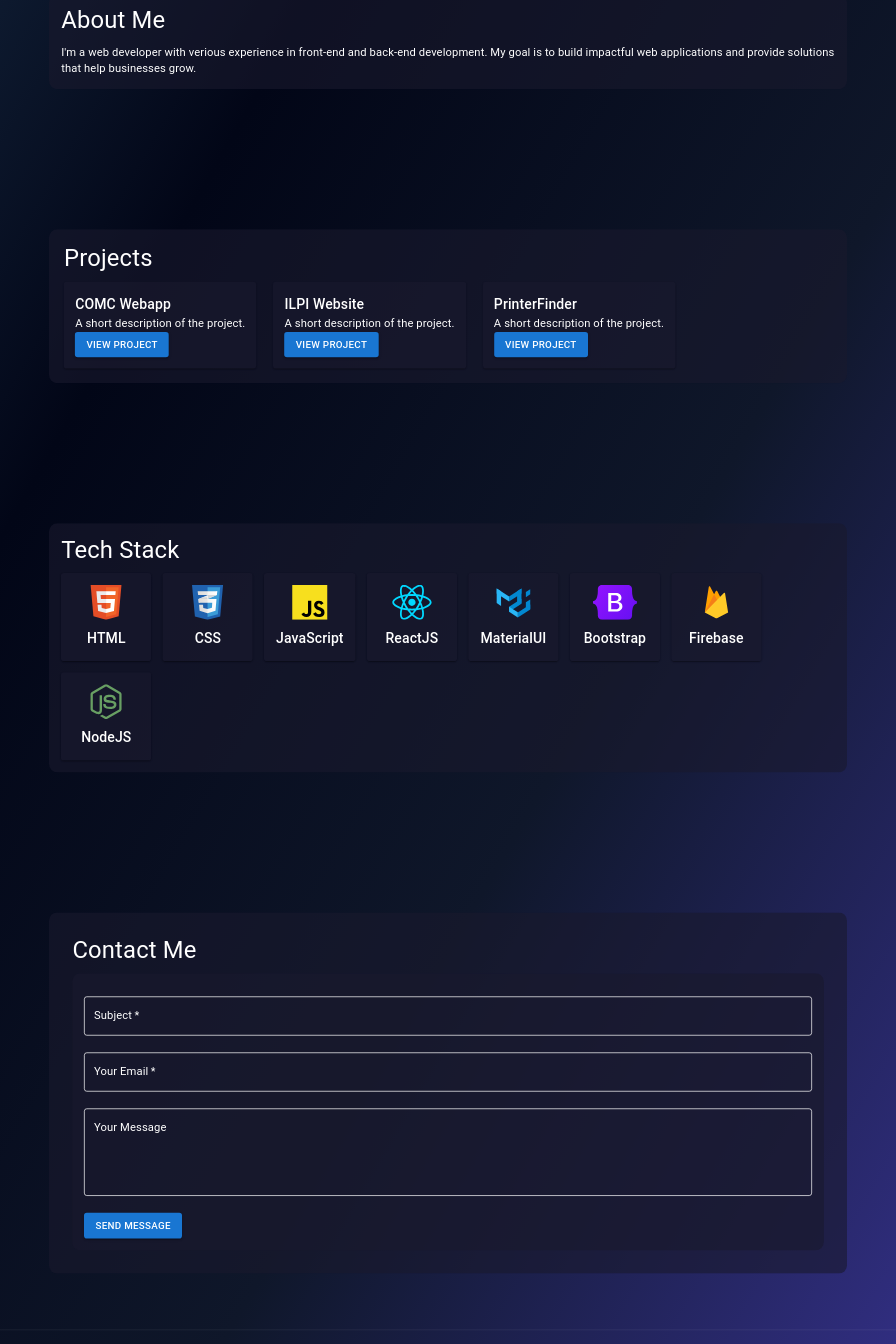
Repository: mikeshadowcoder/myWeb
Page: /
The author's editor kept a copy of each file at every save. The page is drawn from the files as they stood at one save, then again after the next save.
The browser window is 1280 px wide. The pictures show the part of the page from y = 929 to 2849 px (the page is 2881 px tall), at 70% of full size.
The project was rebuilt for these pictures with package versions that can differ from the ones it lists, and the page was loaded fresh each time.

Above is the page before, as saved 2026-02-10 15:20:14.

### src/index.js
import React from 'react';
import ReactDOM from 'react-dom/client';
import './index.css';
import App from './App';
import 'bootstrap/dist/css/bootstrap.min.css';
import "./styles/global.css";

const root = ReactDOM.createRoot(document.getElementById('root'));
root.render(
  <React.StrictMode>
    <App />
  </React.StrictMode>
);

### src/App.js
import React, {useRef} from 'react';
//import { BrowserRouter as Router, Route, Routes } from 'react-router-dom';
import Header from './components/Header';
import Home from './components/Home';
import AboutMe from './components/AboutMe';
import Content from './components/Content';
import Skills from './components/Skills';
import Contact from './components/Contact';
import Footer from './components/Footer';
import Box from '@mui/material/Box';
import BackgroundShapes from './components/BackgroundShapes'


const App = () => {
  const homeRef = useRef(null);
  const aboutRef = useRef(null);
  const contentRef = useRef(null);
  const skillsRef = useRef(null);
  const contactRef = useRef(null);

  // Function to handle smooth scrolling
  const scrollToSection = (ref) => {
    const headerOffset = 200; // Adjust based on your AppBar height (default MUI AppBar is ~64px)
    const elementPosition = ref.current.getBoundingClientRect().top + window.scrollY;
    const offsetPosition = elementPosition - headerOffset;

    window.scrollTo({
      top: offsetPosition,
      behavior: "smooth",
    });
  };


  return (
    <div>
      {/* Pass the scroll function to Header for navigation */}
      <BackgroundShapes/>
      <Header
        onScrollToSection={{
          home: () => scrollToSection(homeRef),
          about: () => scrollToSection(aboutRef),
          content: () => scrollToSection(contentRef),
          skills: () => scrollToSection(skillsRef),
          contact: () => scrollToSection(contactRef),
        }}
      />
      <Box sx={{
        maxWidth: "89%",
        margin: "auto",
        // border: "2px solid red"
      }}>
       {/* Sections with attached refs */}
      <section ref={homeRef}>
        <Home />
      </section>

       <section ref={aboutRef}>
        <AboutMe />
      </section>

      <section ref={contentRef}>
        <Content />
      </section>

      <section ref={skillsRef}>
        <Skills />
      </section>

      <section ref={contactRef}>
        <Contact />
      </section>
      </Box>
      <section>
        <Footer/>
      </section>
    </div>
  );
};

export default App;

### src/styles/global.css
body {
    min-height: 100vh;
    background:
      linear-gradient(120deg, #1b314b, #020617,  #0f172a, #312e81);
    background-size: 100% 100%;
    color: white;
    margin: 0;
    padding: 0;
    font-family: 'Arial', sans-serif;
  }


.gradient-text {
  background: linear-gradient(90deg, rgb(50, 182, 230), rgb(138, 43, 226)); /* Customize here */
  -webkit-background-clip: text;
  background-clip: text;
  -webkit-text-fill-color: transparent;
  color: transparent;
}

### src/components/Header.js
import React from 'react';
import { AppBar, Toolbar, Typography, Button } from '@mui/material';
import "../styles/header.css";
//import { Link } from 'react-router-dom';

const Header = ({onScrollToSection}) => {
  return (
    <AppBar className="header">
      <Toolbar>
        <Typography variant="h6" sx={{flexGrow:1}}>
          Christian Rex
        </Typography>
        <Button color="inherit" onClick={onScrollToSection.home}>Home</Button>
        <Button color="inherit" onClick={onScrollToSection.about}>About</Button>
        <Button color="inherit" onClick={onScrollToSection.content}>Projects</Button>
        <Button color="inherit" onClick={onScrollToSection.skills}>Skills</Button>
        <Button color="inherit" onClick={onScrollToSection.contact}>Contact</Button>
      </Toolbar>
    </AppBar>
  )
};

export default Header;

### src/components/Home.js
import React from "react";
import { Box, Typography, Button } from "@mui/material";
import LinkedInIcon from "@mui/icons-material/LinkedIn";
import GitHubIcon from "@mui/icons-material/GitHub";
// import FacebookIcon from "@mui/icons-material/Facebook";
import profilePic from "../assets/images/profilePic.jpg";

const Home = () => {
  return (
    <Box
      sx={{
        display: "flex",
        alignItems: "center",
        justifyContent: "center",
        minHeight: "100vh",
        color: "white",
        width: "100%",
        textAlign: "center",
      }}
    >
      <Box
        sx={{
          display: "flex",
          alignItems: "center",
          gap: "20px", // Space between image and text
          flexWrap: "wrap", // Ensures responsiveness
        }}
      >
      {/* Profile Image */}
      <Box
        component="img"
        src={profilePic} //Profile Picture
        alt="Profile"
        sx={{
          width: "200px",
          height: "200px",
          borderRadius: "15px",
          boxShadow: "0 0 20px rgba(0, 123, 255, 0.5)",
          marginBottom: "20px",
          objectFit: "cover"
        }}
      />

      {/* Text Section */}
      <Box sx={{ textAlign: "left"}}>
        <Typography variant="h2">
          My name's {" "}
          <Typography variant="h2" component="span" className="gradient-text" sx={{ fontWeight: "bold" }}>Christian Rex Omongos</Typography>
        </Typography>

        <Typography variant="h6" sx={{ marginBottom: "10px", opacity: 0.8 }}>
          Web Developer
        </Typography>

        {/* Social Media Icons */}
        <Box sx={{ display: "flex",}}>
          <Button href="https://linkedin.com/in/christianrex/" target="_blank" sx={{ color: "white", minWidth: 0, padding: 0 }}>
            <LinkedInIcon fontSize="large" />
          </Button>
          <Button href="https://github.com/mikeshadowcoder" target="_blank" sx={{ color: "white", minWidth: 0, padding: 0 }}>
            <GitHubIcon fontSize="large" />
          </Button>
        </Box>
      </Box>
    </Box>
  </Box>
  );
};

export default Home;

### src/components/AboutMe.js
import React from 'react';
import { Typography, Box } from '@mui/material';
import "../styles/boxStyling.css"

const AboutMe = () => {

  return (
    <Box sx={{ mt: 25, mb: 25, width: "100%" }}>
      <Box className="box-container">
        <Typography variant="h4" gutterBottom>About Me</Typography>
          <Typography>
            I'm a web developer with verious experience in front-end and back-end development.
            My goal is to build impactful web applications and provide solutions that
            help businesses grow.
          </Typography>
      </Box>
    </Box>
  );
};

export default AboutMe;

### src/components/Content.js
import React from 'react';
import { Grid2, Paper, Typography, Button, Box } from '@mui/material';
// import MacWindowHeader from './UI/MacWindowHeader';
import "../styles/boxStyling.css";

const Content = () => {
  const projects = [
    {
      title: 'COMC Webapp',
      description: 'A short description of the project.',
      link: 'https://github.com/your-repo/project-one',
    },
    {
      title: 'ILPI Website',
      description: 'A short description of the project.',
      link: 'https://github.com/your-repo/project-two',
    },
    {
      title: 'PrinterFinder',
      description: 'A short description of the project.',
      link: 'https://github.com/your-repo/project-three',
    },
    // Add more projects here
  ];

  return (
  <Box>
    {/* <MacWindowHeader/> */}
    <Box className='box-container' sx={{ padding: "20px"}}>

        <Typography variant="h4" gutterBottom>Projects</Typography>
        <Grid2 container spacing={3}>
          {projects.map((project, index) => (
            <Grid2 item xs={12} sm={6} key={index}>
              <Paper className='container' sx={{ padding: 2, bgcolor: 'rgba(26, 26, 46, 0.6)', color: 'rgba(255, 255, 255, 1)'}}>
                <Typography variant="h6">{project.title}</Typography>
                <Typography>{project.description}</Typography>
                <Button variant="contained" href={project.link} target="_blank">
                  View Project
                </Button>
              </Paper>
            </Grid2>
          ))}
        </Grid2>

    </Box>
  </Box>
  );
};

export default Content;

### src/components/Skills.js
import React from 'react';
import { Grid2, Paper, Typography, Box } from '@mui/material';
import "../styles/boxStyling.css"
import htmlLogo from "../assets/images/html.svg";
import cssLogo from '../assets/images/css.svg';
import jsLogo from '../assets/images/javascript.svg';
import reactLogo from '../assets/images/reactjs.svg';
import materialuiLogo from '../assets/images/MUI.svg';
import bootstrapLogo from '../assets/images/bootstrap.svg';
// import pythonLogo from '../assets/images/python.svg';
// import mysqlLogo from '../assets/images/mysql.svg';
import firebaseLogo from '../assets/images/firebase.svg';
// import djangoLogo from '../assets/images/django.svg';
// import phpLogo from '../assets/images/php.svg';
// import githubLogo from '../assets/images/github.svg';
import nodejsLogo from '../assets/images/nodejs.svg';

const Skills = () => {
  const skills = [
    {skill:'HTML', logo: htmlLogo},
    {skill:'CSS', logo: cssLogo},
    {skill:'JavaScript', logo: jsLogo},
    {skill:'ReactJS', logo: reactLogo},
    {skill:'MaterialUI', logo: materialuiLogo},
    {skill:'Bootstrap', logo: bootstrapLogo},
    // {skill:'Python', logo: pythonLogo},
    // {skill:'MySQL', logo: mysqlLogo},
    {skill:'Firebase', logo: firebaseLogo},
    // {skill:'Django', logo: djangoLogo},
    // {skill:'PHP', logo: phpLogo},
    // {skill:'GitHub', logo: githubLogo},
    {skill:'NodeJS', logo: nodejsLogo}
  ];

  return (
    <Box className="box-container" sx={{ mt: 25, width: "100%", }}>
      <Typography variant="h4" gutterBottom >Tech Stack</Typography>
      <Box sx={{ alignItems: 'center', justifyContent: 'center' }}>
      <Grid2 container spacing={2} >
        {skills.map((skill, index) => (
          <Grid2 item xs={12} sm={6} md={4} key={index}>
            <Paper className="box-container" sx={{ padding: 2, textAlign: 'center', bgcolor: 'rgba(26, 26, 46, 0.6)', color: 'rgba(255, 255, 255, 1)' }}>
              <Box component="img"
                src={skill.logo}
                alt={`${skill.skill} logo`}
                sx={{ width: '95px', height: '50px', marginBottom: '10px' }}
              />
              <Typography variant="h6">{skill.skill}</Typography>
            </Paper>
          </Grid2>
        ))}
      </Grid2>
      </Box>

    </Box>
  );
};

export default Skills;

### src/components/Contact.js
import React, { useState } from 'react';
import { Typography, TextField, Button, Box, Alert } from '@mui/material';
import "../styles/boxStyling.css"

const Contact = () => {
  const [success, setSuccess] = useState(false);
  const [error, setError] = useState(false);

  const handleSubmit = async (event) => {
    event.preventDefault();
    setError(false);
    setSuccess(false);

    const formData = new FormData(event.target);

    try {
      const response = await fetch("https://formsubmit.co/bufferingupbruh1994@gmail.com", {
        method: "POST",
        body: formData,
      });

      if (response.ok) {
        setSuccess(true);
        event.target.reset(); // Reset the form after success
        setTimeout(() => setSuccess(false), 5000);
      } else {
        setError(true);
        setTimeout(() => setError(false), 5000);

      }
    } catch (err) {
      setError(true);
      setTimeout(() => setError(false), 5000);
    }
  }


  return (
    <Box className="box-container" sx={{p: 4, mt: 25, mb: 10}}>
      <Typography variant="h4" gutterBottom>Contact Me</Typography>
      <Box className="box-container" >
        {/* Success Message */}
        {success && <Alert severity="success">Message sent</Alert>}
        {error && <Alert severity="error">Failed to send message. Please try again.</Alert>}
        <form onSubmit={handleSubmit}>

          <input type="hidden" name="_captcha" value="false" />

          {/*Subject*/}
          <TextField
          label="Subject"
          name="Subject"
          fullWidth
          margin="normal"
          required
          slotProps={{inputLabel: { style: { color: "white" } } }} // Make label white
          sx={{
            input: { color: "white" },
            "& .MuiOutlinedInput-root": {
              "& fieldset": { borderColor: "white" }, // Border color
              "&:hover fieldset": { borderColor: "#ccc" }, // Hover effect
              },
            }}
          />

          {/*Email*/}
          <TextField label="Your Email"
          name="Email"
          type="email"
          fullWidth
          margin="normal"
          required
          slotProps={{inputLabel: { style: { color: "white" } } }} // Make label white
          sx={{
            input: { color: "white" },
            "& .MuiOutlinedInput-root": {
              "& fieldset": { borderColor: "white" }, // Border color
              "&:hover fieldset": { borderColor: "#ccc" }, // Hover effect
              },
            }}
          />

          {/*Message*/}
          <TextField label="Your Message"
          name="Message"
          fullWidth
          multiline
          rows={4}
          margin="normal"
          slotProps={{inputLabel: { style: { color: "white" } } }} // Make label white
          sx={{
            "& textarea": {color: "white"},
            "& .MuiOutlinedInput-root": {
              "& fieldset": { borderColor: "white" }, // Border color
              "&:hover fieldset": { borderColor: "#ccc" }, // Hover effect
              },
            }}
          />
          <Button type="submit" variant="contained" sx={{ mt: 2 }}>Send Message</Button>
        </form>
        </Box>
    </Box>
  );
};

export default Contact;

### src/components/Footer.js
import React from 'react';
import { Box, Typography } from "@mui/material";


const Footer = () => {
    return (
        <Box
            sx={{
                width: "100%",
                color: "white",
                textAlign: "center",
                mt: 4,
                mb: 2,
                borderTop: "1px solid rgba(255, 255, 255, 0.08)",
                pt: 2,
            }}
        >
            <Typography variant="body2" sx={{ color: " rgba(255, 255, 255, 0.5) "}}>
                © {new Date().getFullYear()} Christain Rex Omongos. All Rights Reserved.
            </Typography>
        </Box>
    )
}

export default Footer;

### src/components/BackgroundShapes.js
import React from "react";
import "../styles/background.css"; // Import styles

const BackgroundShapes = () => {
  return (
    <>
    <div className="grid-container">
      {/* <svg class="bg" viewBox="0 0 100 100" preserveAspectRatio="xMidYMid slice">
        <defs>
          <linearGradient id="g1">
            <stop offset="0%" stop-color="#7c3aed"/>
            <stop offset="100%" stop-color="#22d3ee"/>
          </linearGradient>
        </defs>
        <circle cx="30" cy="40" r="35" fill="url(#g1)" opacity="0.25" />
      </svg> */}
      <div className="gradient-blobs" />
    </div>
    </>
  );
};

export default BackgroundShapes;

### src/styles/header.css
.header {
  position: sticky;
  scroll-behavior: smooth;
  background-color: rgba(5, 19, 35, .4) !important;
  backdrop-filter: blur(80px);
  color: #ffffff !important;
  /* z-index: 1200 !important; */
  overflow: hidden;
}

### src/styles/boxStyling.css
.box-container {
    width: 100%;
    /* height: 400px; */
    padding: 16px;
    border-radius: 12px;
    border: 1px solid transparent;
    /* background: linear-gradient(to bottom right, rgba(26, 26, 46, 0.6), rgba(22, 33, 62, 0.6)); */
    background: rgba( 26, 26, 46, 0.6);
    transition: border 0.3s ease-in-out, box-shadow 0.3s ease-in-out;
  }

  .box-container:hover {
    border: 1px solid #3b82f6;
    box-shadow: 0px 0px 10px rgba(59, 130, 246, 0.5);
  }

  /* .test {
    color: rgb(99, 102, 241);
    background-image: linear-gradient(45deg, rgb(99, 102, 241) 10%, rgb(168, 85, 247) 93%);
    background-clip: text;
    -webkit-text-fill-color: transparent;
    font-weight: 800 !important;
  } */

### src/styles/background.css
/* Background Shapes and Grid Overlay */
.grid-container{
  position: fixed;
  top: 0;
  left: 0;
  width: 100%;
  height: 100%;
  background-image:
    linear-gradient(rgba(255, 255, 255, 0.04) 1px, transparent 1px),
    linear-gradient(90deg, rgba(255, 255, 255, 0.04) 1px, transparent 1px);
  background-size: 25px 25px; /* Grid spacing */
  opacity: 0.3;
  z-index: -1;
  pointer-events: none;
}

Loaded but not shown: public/index.html (common file); src/index.css (common file)

After the next save:
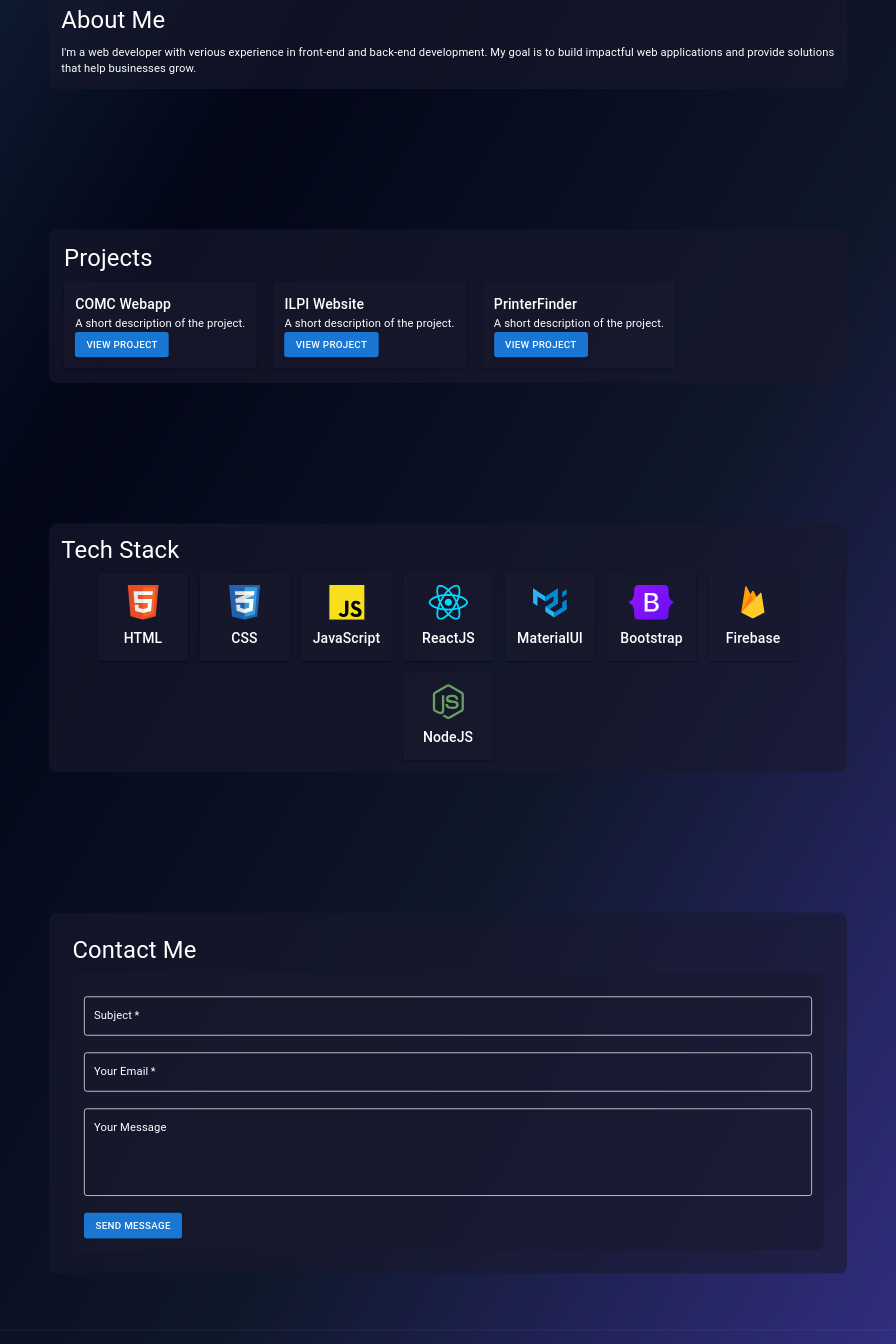
Saved 19 s later.
--- a/src/components/Skills.js
+++ b/src/components/Skills.js
@@ -35,8 +35,8 @@
   return (
     <Box className="box-container" sx={{ mt: 25, width: "100%", }}>
       <Typography variant="h4" gutterBottom >Tech Stack</Typography>
-      <Box sx={{ alignItems: 'center', justifyContent: 'center' }}>
-      <Grid2 container spacing={2} >
+      <Box >
+      <Grid2 container spacing={2} sx={{ alignItems: 'center', justifyContent: 'center' }} >
         {skills.map((skill, index) => (
           <Grid2 item xs={12} sm={6} md={4} key={index}>
             <Paper className="box-container" sx={{ padding: 2, textAlign: 'center', bgcolor: 'rgba(26, 26, 46, 0.6)', color: 'rgba(255, 255, 255, 1)' }}>
